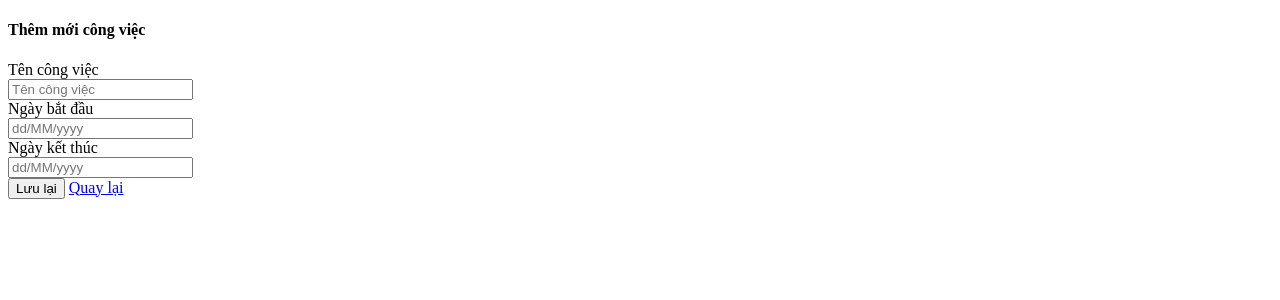
Repository: mindland/CrmApp
Page: http://localhost/CrmApp/WEB-INF/views/job/add.jsp
An editor plug-in stored every save of this project. The page is shown before and after the next save, followed by the edit.
The browser window is 1280 px wide. The pictures show the whole page.
The page is served by Tomcat 9. Nobody is signed in. Other server files are loaded and not shown. The template is opened directly, without the code that normally fills it, so the values that code supplies are empty.

Above is the page before, as saved 2020-09-11 20:22:47.

### CrmApp/WebContent/WEB-INF/views/job/add.jsp
<%@ page language="java" contentType="text/html; charset=UTF-8"
	pageEncoding="UTF-8"%>
<!DOCTYPE html>
<html>
<head>
<meta charset="UTF-8">
<title>Thêm mới công việc</title>
</head>
<body>
	<div class="row bg-title">
		<div class="col-lg-3 col-md-4 col-sm-4 col-xs-12">
			<h4 class="page-title">Thêm mới công việc</h4>
		</div>
	</div>
	<!-- /.row -->
	<!-- .row -->
	<div class="row">
		<div class="col-md-2 col-12"></div>
		<div class="col-md-8 col-xs-12">
			<div class="white-box">
				<form class="form-horizontal form-material">
					<div class="form-group">
						<label class="col-md-12">Tên công việc</label>
						<div class="col-md-12">
							<input type="text" placeholder="Tên công việc"
								class="form-control form-control-line">
						</div>
					</div>
					<div class="form-group">
						<label class="col-md-12">Ngày bắt đầu</label>
						<div class="col-md-12">
							<input type="text" placeholder="dd/MM/yyyy"
								class="form-control form-control-line">
						</div>
					</div>
					<div class="form-group">
						<label class="col-md-12">Ngày kết thúc</label>
						<div class="col-md-12">
							<input type="text" placeholder="dd/MM/yyyy"
								class="form-control form-control-line">
						</div>
					</div>
					<div class="form-group">
						<div class="col-sm-12">
							<button type="submit" class="btn btn-success">Lưu lại</button>
							<a href="groupwork.html" class="btn btn-primary">Quay lại</a>
						</div>
					</div>
				</form>
			</div>
		</div>
		<div class="col-md-2 col-12"></div>
	</div>
	<!-- /.row -->
</body>
</html>

After the next save:
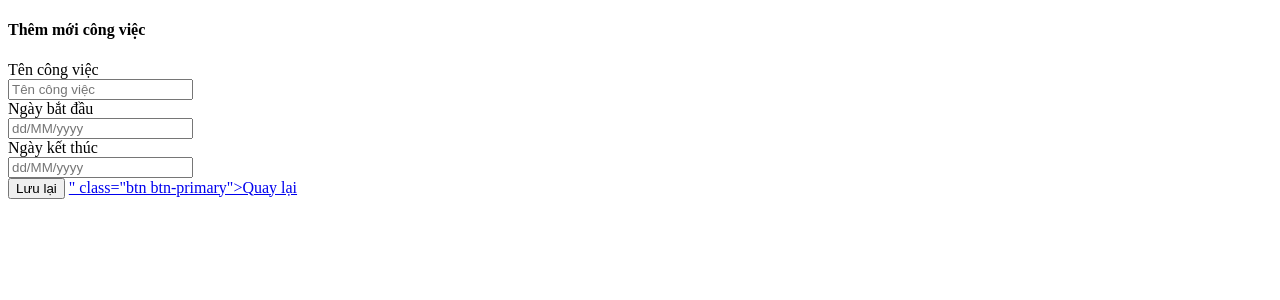
Saved 88 s later.
--- a/CrmApp/WebContent/WEB-INF/views/job/add.jsp
+++ b/CrmApp/WebContent/WEB-INF/views/job/add.jsp
@@ -43,7 +43,7 @@
 					<div class="form-group">
 						<div class="col-sm-12">
 							<button type="submit" class="btn btn-success">Lưu lại</button>
-							<a href="groupwork.html" class="btn btn-primary">Quay lại</a>
+							<a href="<c:url value="/job" />" class="btn btn-primary">Quay lại</a>
 						</div>
 					</div>
 				</form>

After the save that followed:
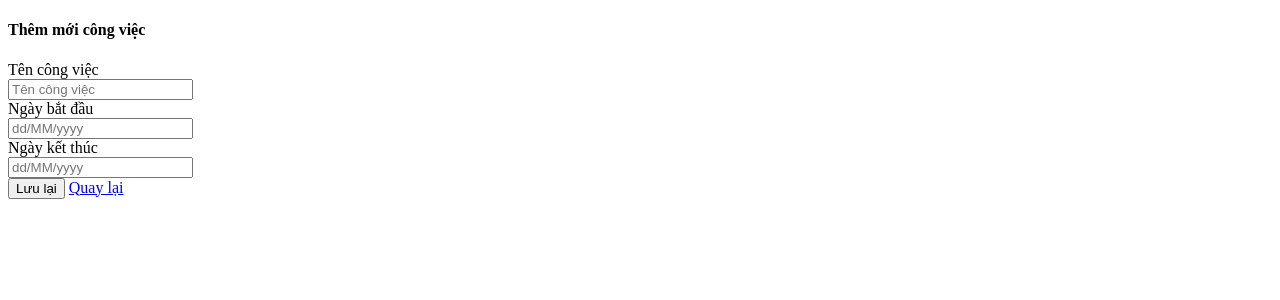
Saved 12 s later.
--- a/CrmApp/WebContent/WEB-INF/views/job/add.jsp
+++ b/CrmApp/WebContent/WEB-INF/views/job/add.jsp
@@ -1,5 +1,6 @@
 <%@ page language="java" contentType="text/html; charset=UTF-8"
 	pageEncoding="UTF-8"%>
+<%@ taglib prefix="c" uri="http://java.sun.com/jsp/jstl/core"%>
 <!DOCTYPE html>
 <html>
 <head>
